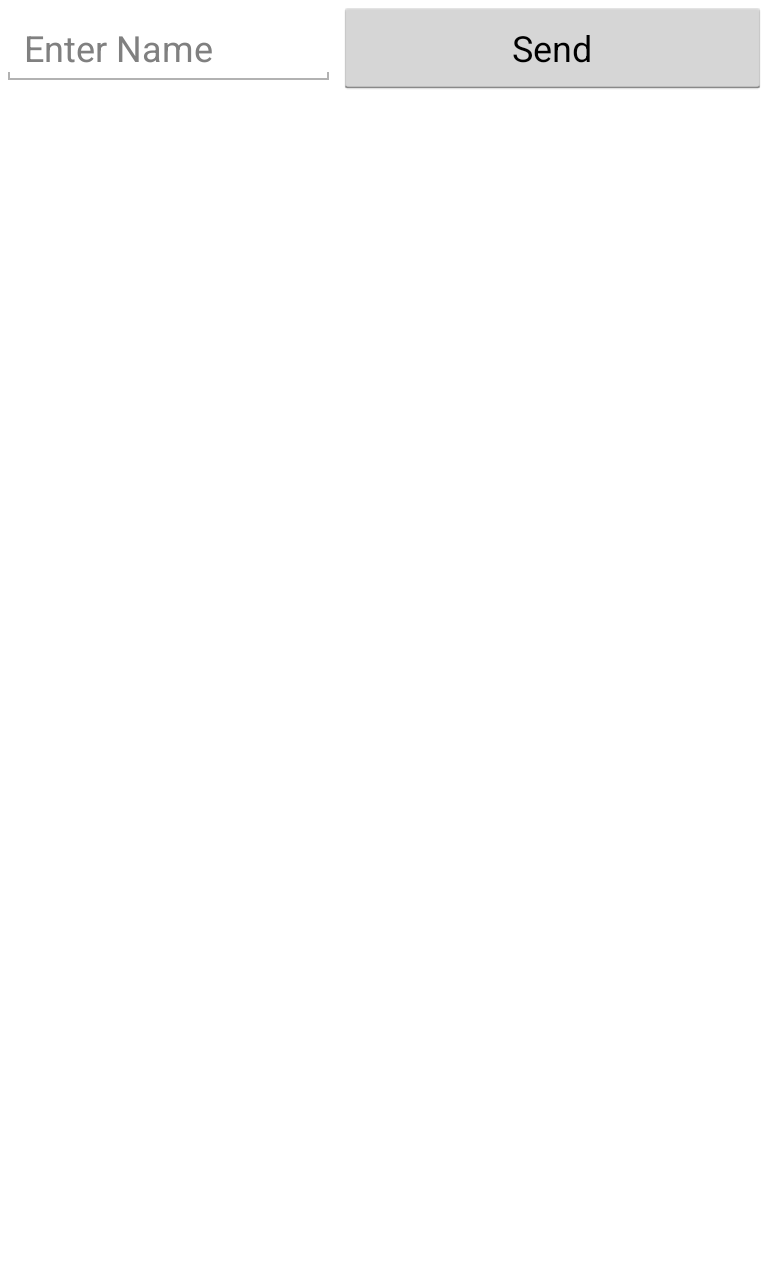
Repository: bvrit-vineeth/android-projects
Layout: MyFirstApp/res/layout/activity_main.xml
An editor plug-in stored every save of this project. The layout is shown before and after the next save, followed by the edit.
It is drawn on a 768 x 1280 px phone screen (xhdpi) without system bars, with theme AppTheme; the app's code is not run.

Above is the layout before, as saved 2013-08-18 09:25:02.

### MyFirstApp/res/layout/activity_main.xml
<?xml version="1.0" encoding="utf-8"?>
<LinearLayout xmlns:android="http://schemas.android.com/apk/res/android"
    xmlns:tools="http://schemas.android.com/tools"
    android:layout_width="match_parent"
    android:layout_height="match_parent"
    android:orientation="horizontal" >

    <EditText
        android:id="@+id/editText1"
        android:layout_width="wrap_content"
        android:layout_height="wrap_content"
        android:hint="@string/edit_message"
        android:layout_weight="1" />

    <Button
        android:layout_width="wrap_content"
        android:layout_height="wrap_content"
        android:text="@string/button_send"
        android:layout_weight="3" />
</LinearLayout>

### MyFirstApp/res/values/strings.xml
<?xml version="1.0" encoding="utf-8"?>
<resources>

    <string name="app_name">My First App</string>
    <string name="action_settings">Settings</string>
    <string name="hello_world">Hello world!</string>
    <string name="edit_message">Enter Name</string>
    <string name="button_send">Send</string>

</resources>

Loaded but not shown: MyFirstApp/res/values/styles.xml (common file); MyFirstApp/res/values-v11/styles.xml (common file); MyFirstApp/res/values-v14/styles.xml (common file)

After the next save:
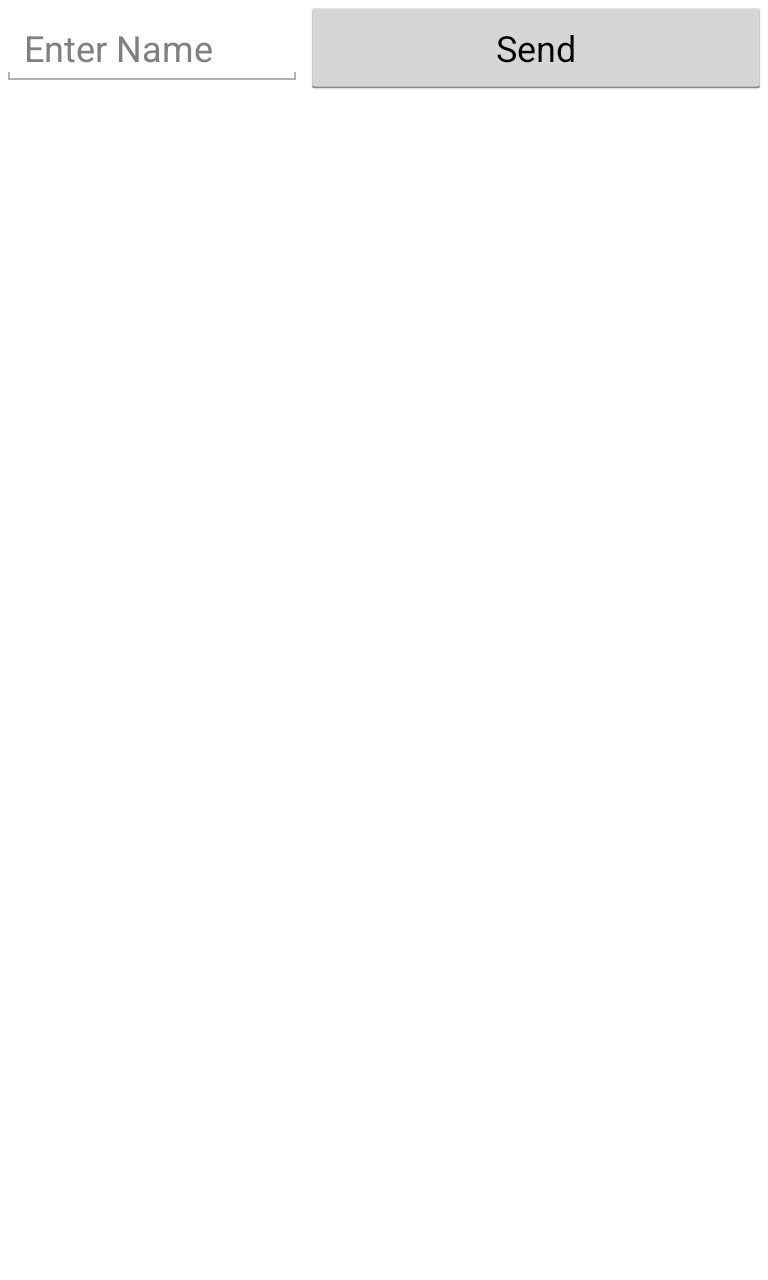
Saved 7 s later.
--- a/MyFirstApp/res/layout/activity_main.xml
+++ b/MyFirstApp/res/layout/activity_main.xml
@@ -16,5 +16,5 @@
         android:layout_width="wrap_content"
         android:layout_height="wrap_content"
         android:text="@string/button_send"
-        android:layout_weight="3" />
+        android:layout_weight="5" />
 </LinearLayout>
